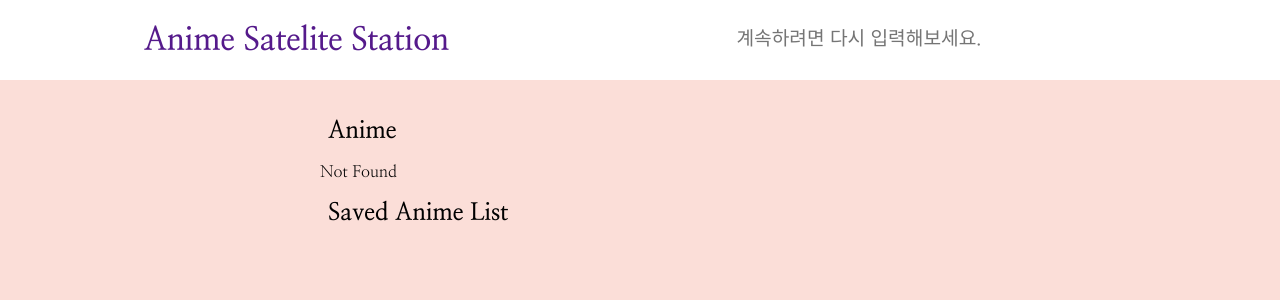
Repository: mireu-san/anime-satelite-station
Page: /
The author's editor kept a copy of each file at every save. The page is drawn from the files as they stood at one save, then again after the next save.
The browser window is 1280 px wide. The pictures show the whole page.
The page's requests for data from a server got no answer. The project was rebuilt for these pictures with package versions that can differ from the ones it lists, and the page was loaded fresh each time. No one was signed in, and anything a server would have sent is missing. Also part of the build but not shown: src/Components/AnimeInfo.js, src/Components/AddBookmark.js, src/Components/RemoveBookmark.js.

Above is the page before, as saved 2022-10-29 11:20:36.

### public/index.html
<!DOCTYPE html>
<html lang="en">
  <head>
    <meta charset="utf-8" />
    <link rel="icon" href="%PUBLIC_URL%/favicon.ico" />
    <meta name="viewport" content="width=device-width, initial-scale=1" />
    <!-- <meta name="theme-color" content="#000000" /> -->
    <meta
      name="description"
      content="Web site created using create-react-app"
    />
    <link rel="apple-touch-icon" href="%PUBLIC_URL%/logo192.png" />
    <!--
      manifest.json provides metadata used when your web app is installed on a
      user's mobile device or desktop. See https://developers.google.com/web/fundamentals/web-app-manifest/
    -->
    <link rel="manifest" href="%PUBLIC_URL%/manifest.json" />
    <!--
      Notice the use of %PUBLIC_URL% in the tags above.
      It will be replaced with the URL of the `public` folder during the build.
      Only files inside the `public` folder can be referenced from the HTML.

      Unlike "/favicon.ico" or "favicon.ico", "%PUBLIC_URL%/favicon.ico" will
      work correctly both with client-side routing and a non-root public URL.
      Learn how to configure a non-root public URL by running `npm run build`.
    -->
    <title>Anime Satelite Station</title>
  </head>
  <body>
    <noscript>You need to enable JavaScript to run this app.</noscript>
    <div id="root"></div>
    <!--
      This HTML file is a template.
      If you open it directly in the browser, you will see an empty page.

      You can add webfonts, meta tags, or analytics to this file.
      The build step will place the bundled scripts into the <body> tag.

      To begin the development, run `npm start` or `yarn start`.
      To create a production bundle, use `npm run build` or `yarn build`.
    -->
  </body>
</html>

### src/index.js
import React from "react";
import ReactDOM from "react-dom/client";
import "./styles/index.css";
import App from "./App";

const root = ReactDOM.createRoot(document.getElementById("root"));
root.render(<App />);

### src/App.js
import React, { useEffect, useState } from "react";
import "./styles/style.css";
import { AnimeList } from "./Components/AnimeList";
import { AnimeInfo } from "./Components/AnimeInfo";
import { AddBookmark } from "./Components/AddBookmark";
import { RemoveBookmark } from "./Components/RemoveBookmark";

function App() {
  const [search, setSearch] = useState("");
  const [animeData, setAnimeData] = useState();
  const [animeInfo, setAnimeInfo] = useState();
  const [myAnimeList, setMyAnimeList] = useState([]);

  const addTo = (anime) => {
    const index = myAnimeList.findIndex((myanime) => {
      return myanime.mal_id === anime.mal_id;
    });
    if (index < 0) {
      const newArray = [...myAnimeList, anime];
      setMyAnimeList(newArray);
    }
  };
  const removeFrom = (anime) => {
    const newArray = myAnimeList.filter((myanime) => {
      // this mal_id seems unique id for each anime title. change this if not working after changing the title.
      return myanime.mal_id !== anime.mal_id;
    });
    setMyAnimeList(newArray);
  };
  const getData = async () => {
    const res = await fetch(
      `https://api.jikan.moe/v4/anime?q=${search}&sfw&limit=6`
    );
    const resData = await res.json();
    // otherwise, it won't display on page
    setAnimeData(resData.data);
    // console.log(resData.data);
  };
  useEffect(() => {
    getData();
  });

  return (
    <>
      <div className="header">
        <a href="">
          <h1>Anime Satelite Station</h1>
        </a>
        <form className="searchBar">
          <input
            type="search"
            placeholder="계속하려면 다시 입력해보세요."
            onChange={(e) => setSearch(e.target.value)}
          />
        </form>
      </div>
      <div className="container">
        <div className="animeInfo">
          {animeInfo && <AnimeInfo animeInfo={animeInfo} />}
        </div>
        <div className="anime-row">
          <h2 className="text-heading">Anime</h2>
          <div className="row">
            <AnimeList
              animelist={animeData}
              setAnimeInfo={setAnimeInfo}
              animeComponent={AddBookmark}
              handleList={(anime) => addTo(anime)}
            />
          </div>
          <h2 className="text-heading">Saved Anime List</h2>
          <div className="row">
            <AnimeList
              animelist={myAnimeList}
              setAnimeInfo={setAnimeInfo}
              animeComponent={RemoveBookmark}
              handleList={(anime) => removeFrom(anime)}
            />
          </div>
        </div>
      </div>
    </>
  );
}

export default App;

### src/styles/style.css
@import url('https://fonts.googleapis.com/css2?family=Nanum+Myeongjo:wght@400;700&display=swap');

* {
    padding: 0;
    margin: 0;
    font-family: 'Nanum Myeongjo', serif;
}

h1 {
    font-weight:bold;
}

a {
    text-decoration: none;
}

body {
    background-color: #FBDED8;
}

.header {
    width: 100%;
    height: 80px;
    background-color: #ffffff;
    display: flex;
    justify-content: space-around;
    align-items: center;
    position: fixed;
    top: 0;
    color: white;
    z-index: 1;
}



.header .searchBar input {
    outline: none;
    border: none;
    width: 400px;
    height: 30px;
    font-size: 1.2rem;
    padding: 0 -1rem;
}

/* container = AnimeList.js */
.container {
    width: 100%;
    margin: 100px auto;
    display: flex;
}

.animeInfo {
    width: 320px;
    height: 100%;
    background-color: #FBDED8;
    position: relative;
    left: 0;
    top: 0;
    z-index: 2;
}

.anime-row {
    display: flex;
    flex-direction: column;

}
.anime-row .row{
    display: inline-flex;
    gap: 20px;
}

.anime-row .text-heading {
    margin-left: 0.5rem;
    margin-top: 1rem;
    margin-bottom: 1rem;
}

.card {
    width: 230px;
    height: 300px;
    padding: 0 0 1rem 0;
    box-shadow: 5px 5px 5px rgba(0,0,0,0.3);
    text-align: center;
    overflow: hidden;
    position: relative;
    cursor: pointer;
}

.card img{
    width: 100%;
    height: 80%;
}

.anime-content {
    padding: 50px;
    padding-right: 100px;
    padding-top: 20px;
}

.anime-content img {
    width: 200px;
}

.overlay {
    position: absolute;
    bottom: 0;
    width: 100%;
    height: 0;
    padding: 0.5rem;
    background-color: rgba(181, 181, 181, 0.819);
    color: white;
    text-align: justify;
    opacity: 0;
}

.animeList-info:hover .overlay{
    opacity: 1;
    height: 95%;
}

.overlay .synopsis {
    width: 90%;
    height: 50%;
    margin: 0 auto;
    padding: 1rem;
    overflow: auto;
}

.mylist{
    position: absolute;
    bottom: 20px;
    right: 50px;
    padding: 0.5rem;
    background-color: rgb(211,177,145);
    font-size: 1rem;
    font-weight: bold;
}

### src/Components/AnimeList.js
import React from "react";

export const AnimeList = ({
  animelist,
  setAnimeInfo,
  animeComponent,
  handleList,
}) => {
  const AddToList = animeComponent;
  return (
    <>
      {animelist
        ? animelist.map((anime, index) => {
            return (
              <div
                className="card"
                key={index}
                onClick={() => setAnimeInfo(anime)}
              >
                <img src={anime.images.jpg.large_image_url} alt="animeImage" />
                <div className="animeList-info">
                  <h4>{anime.title}</h4>
                  <div className="overlay" onClick={() => handleList(anime)}>
                    <h4>{anime.title_japanese}</h4>
                    <h3>SYNOPSIS</h3>
                    <div className="synopsis">
                      <p>{anime.synopsis}</p>
                    </div>
                    <AddToList />
                  </div>
                </div>
              </div>
            );
          })
        : "Not Found"}
    </>
  );
};

Loaded but not shown: src/styles/index.css (common file)

After the next save:
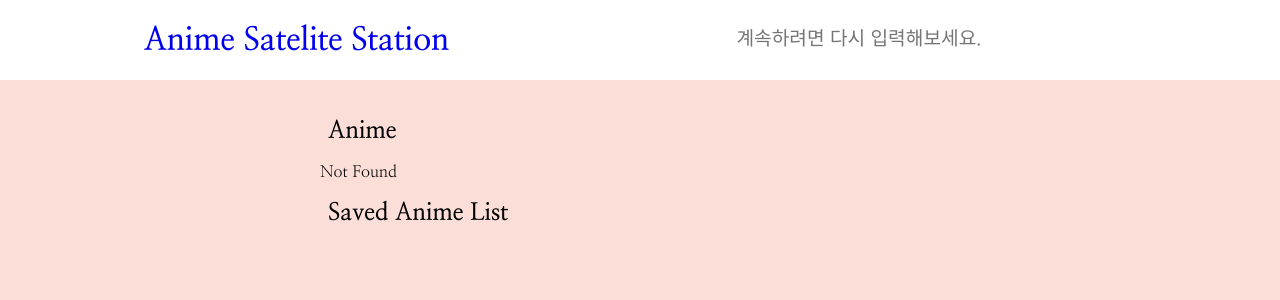
Saved 114 s later.
--- a/src/App.js
+++ b/src/App.js
@@ -43,7 +43,7 @@
   return (
     <>
       <div className="header">
-        <a href="">
+        <a href="/">
           <h1>Anime Satelite Station</h1>
         </a>
         <form className="searchBar">

After the 2 saves that followed:
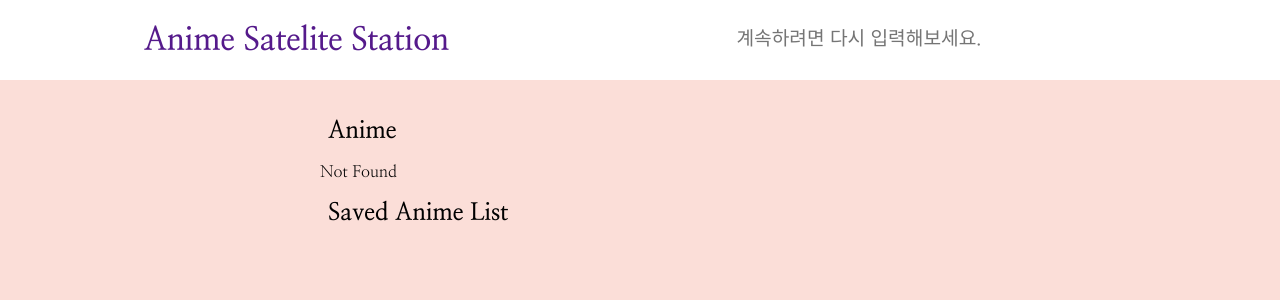
The 2 saves are shown as one change because they came seconds apart.
The last was saved 10 s later.
--- a/src/App.js
+++ b/src/App.js
@@ -43,7 +43,7 @@
   return (
     <>
       <div className="header">
-        <a href="/">
+        <a href="">
           <h1>Anime Satelite Station</h1>
         </a>
         <form className="searchBar">
